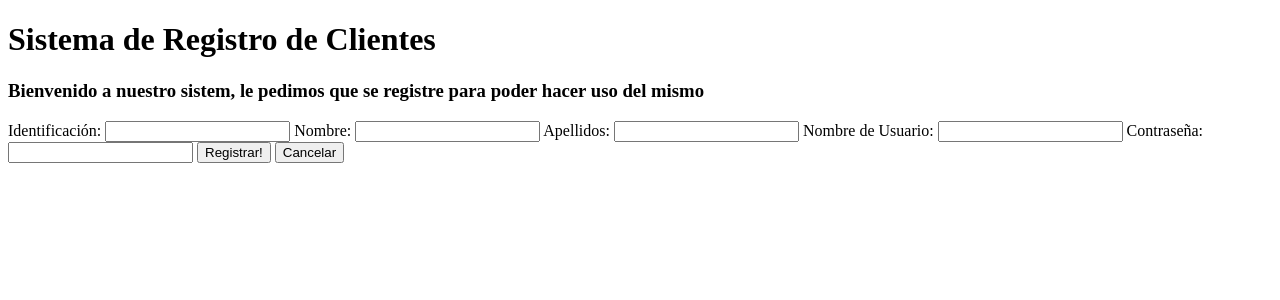
Repository: luisale9826/Java-Projects
Page: http://localhost/registerCustomer
An editor plug-in stored every save of this project. The page is shown before and after the next save, followed by the edit.
The browser window is 1280 px wide. The pictures show the whole page.
The page is this project's Thymeleaf template; nobody is signed in. The template is opened directly, without the code that normally fills it, so the values that code supplies are empty.

Above is the page before, as saved 2019-06-08 19:38:08.

After the next save:
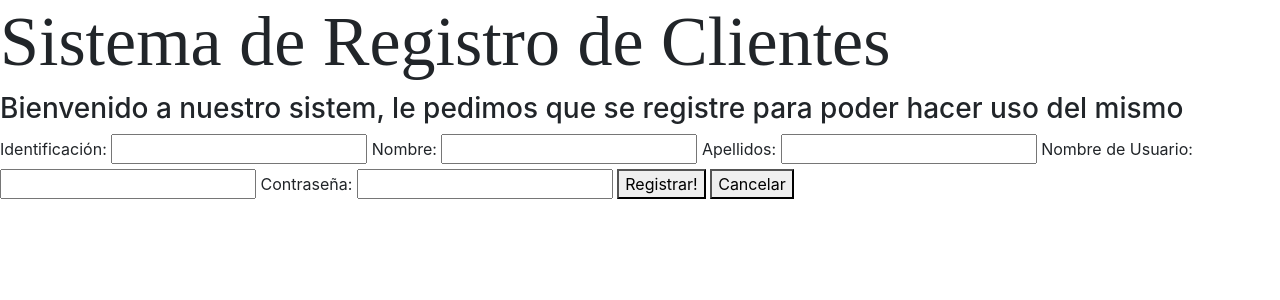
Saved 14 s later.
--- a/Web Projects/Proyecto-Lenguajes/Venticas/src/main/resources/templates/registerCustomer.html
+++ b/Web Projects/Proyecto-Lenguajes/Venticas/src/main/resources/templates/registerCustomer.html
@@ -5,7 +5,7 @@
     <meta charset="UTF-8">
     <meta name="viewport" content="width=device-width, initial-scale=1.0">
     <meta http-equiv="X-UA-Compatible" content="ie=edge">
-    <div></div>
+    <div th:insert="commons/titles-register :: header-administrador"></div>
     <title>Regitro</title>
 </head>
 
